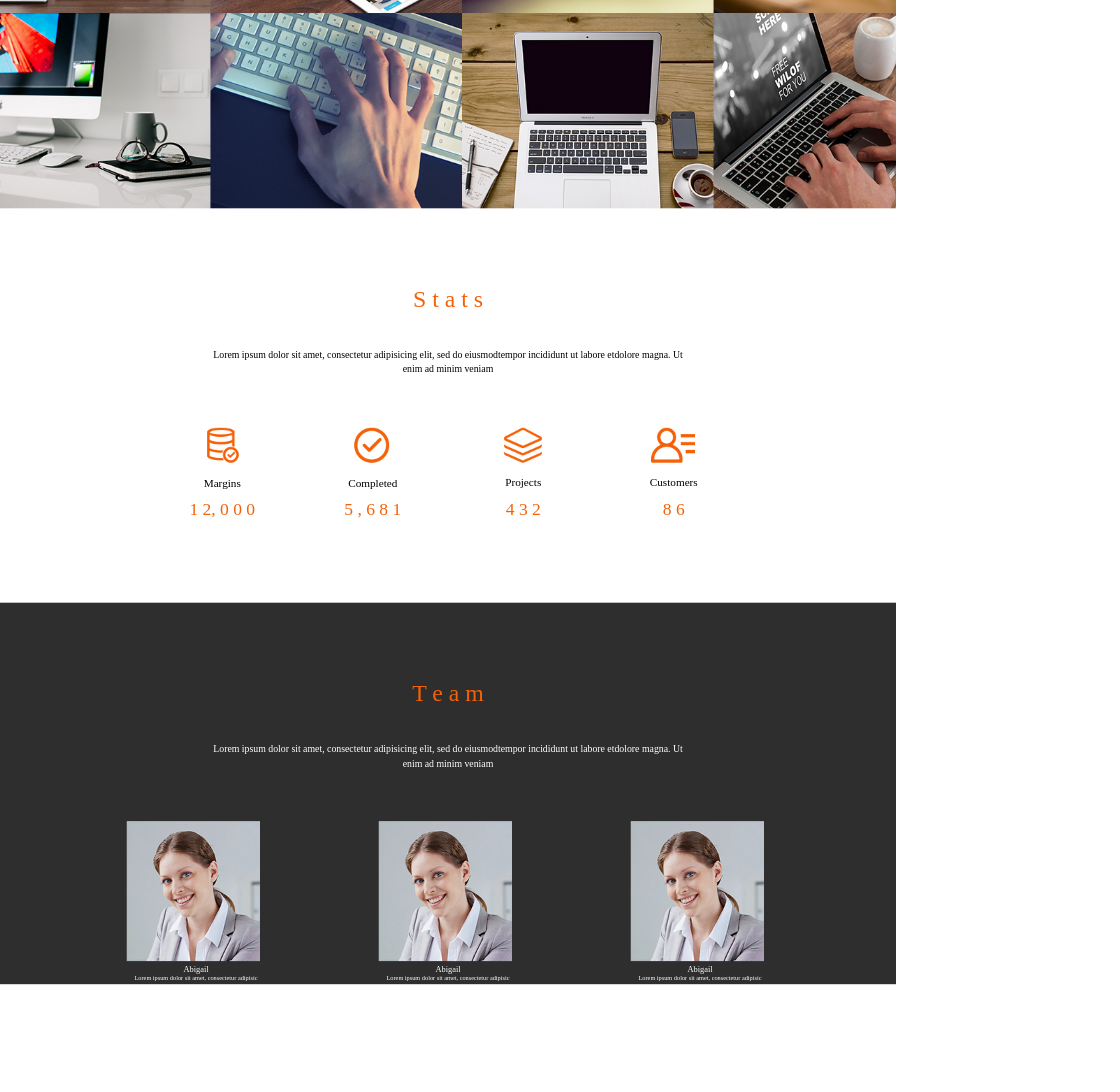
Repository: ScarApocalypse/study
Page: HTML5learning/HTML5作业/index.html
These files come from the project's save history. The page is drawn as it stood at one moment and after the next save; the edit follows.
The browser window is 1280 px wide. The page is 1600 px wide, so the pictures cover 1600 px, including what lies to the right of the window. The pictures show the part of the page from y = 1440 to 3000 px (the page is 3000 px tall), at 70% of full size.

Above is the page before, as saved 2019-03-20 21:12:31.

After the next save:
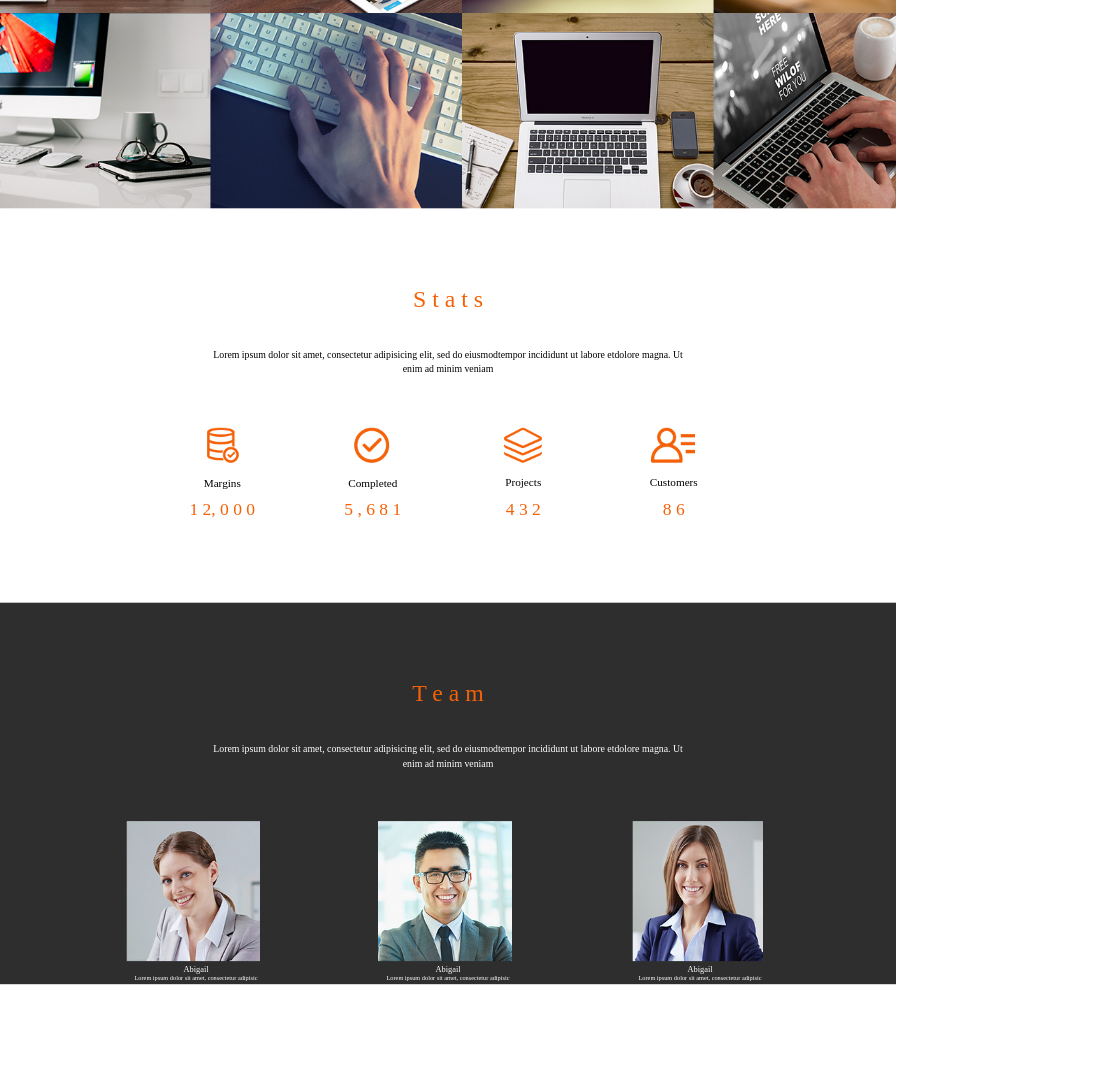
Saved 30 s later.
--- a/HTML5learning/HTML5作业/index.html
+++ b/HTML5learning/HTML5作业/index.html
@@ -101,12 +101,12 @@
                    <div class="detail">Lorem ipsum dolor sit amet, consectetur adipisic</div>
                </div>
                <div class="item">
-                    <img src="img/team1.jpg" alt="">
+                    <img src="img/team2.jpg" alt="">
                     <div class="name">Abigail</div>
                     <div class="detail">Lorem ipsum dolor sit amet, consectetur adipisic</div>
                 </div>
                 <div class="item">
-                        <img src="img/team1.jpg" alt="">
+                        <img src="img/team3.jpg" alt="">
                         <div class="name">Abigail</div>
                         <div class="detail">Lorem ipsum dolor sit amet, consectetur adipisic</div>
                     </div>
